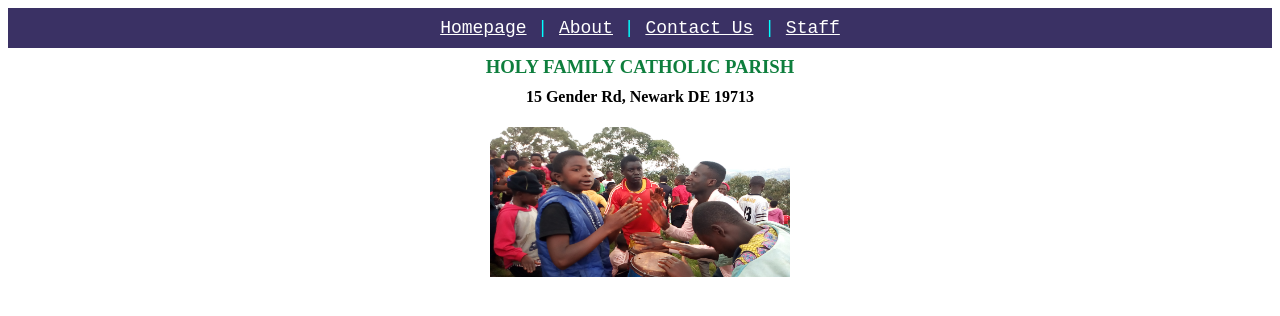
Repository: ficotims/HTML-RESTART
Page: Homepage.html
An editor plug-in stored every save of this project. The page is shown before and after the next save, followed by the edit.
The browser window is 1280 px wide. The pictures show the whole page.

Above is the page before, as saved 2026-02-10 22:10:09.

### Homepage.html
<!doctype html>
<html lang="en">
  <head>
    <meta charset="UTF-8" />
    <meta name="viewport" content="width=device-width, initial-scale=1.0" />
    <style>
.card {
  box-shadow: 0 4px 8px 0 rgba(0,0,0,0.2);
  transition: 0.3s;
  width: 10%;
}

.card:hover {
  box-shadow: 0 8px 16px 0 rgba(45, 166, 247, 0.2);
}

.container {
  padding: 200px 160px;
}
</style>
    <title>HTML Crash course with Iman Musa</title>
    <link rel="stylesheet" href="Style 1.css"/>

      </head>
<body

     <!-- NAVIGATION SECTION -->
        <div style="background-color: rgb(58, 49, 100); padding: 10px; text-align: center; color: aqua; font-size: 18px; font-family: monospace, Lemon milk;">
    <a href="Homepage.html" target="_top" style="color: white;">Homepage</a> |
    <a href="about.html" style="color: white;">About</a> | <a href="Contact us.html" style="color: white;">Contact Us</a> |
    <a href="staff.html" style="color: white;">Staff</a>
     </div>

 <div style="text-align: center;">
    <h3><span style="color: rgb(14, 126, 61);"><div style="line-height: 0;">HOLY FAMILY CATHOLIC PARISH</b></span></h3>
    <H4>15 Gender Rd, Newark DE 19713</H4>
    <img
        src="images/Acension.jpg"
        alt="Catholic Church Logo"
        width="300"
        height="150"
      />
      </div>

  </body>
</html>

### Style 1.css
.card {
    box-shadow: 0 4px 8px 0 rgba(0, 0, 0, 0.2);
    transition: 0.3s;
}

}

After the next save:
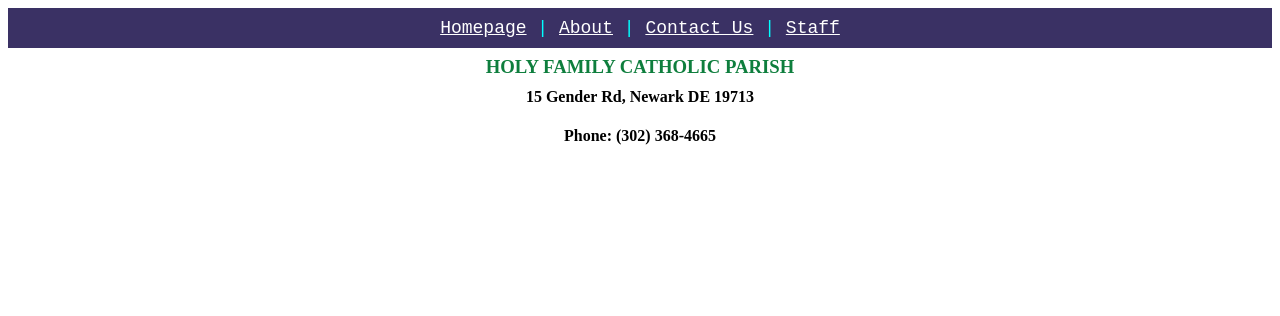
Saved 2 min 5 s later.
--- a/Homepage.html
+++ b/Homepage.html
@@ -34,13 +34,8 @@
  <div style="text-align: center;">
     <h3><span style="color: rgb(14, 126, 61);"><div style="line-height: 0;">HOLY FAMILY CATHOLIC PARISH</b></span></h3>
     <H4>15 Gender Rd, Newark DE 19713</H4>
-    <img
-        src="images/Acension.jpg"
-        alt="Catholic Church Logo"
-        width="300"
-        height="150"
-      />
-      </div>
+    <H4>Phone: (302) 368-4665</H4>
+ </div>
 
   </body>
 </html>
